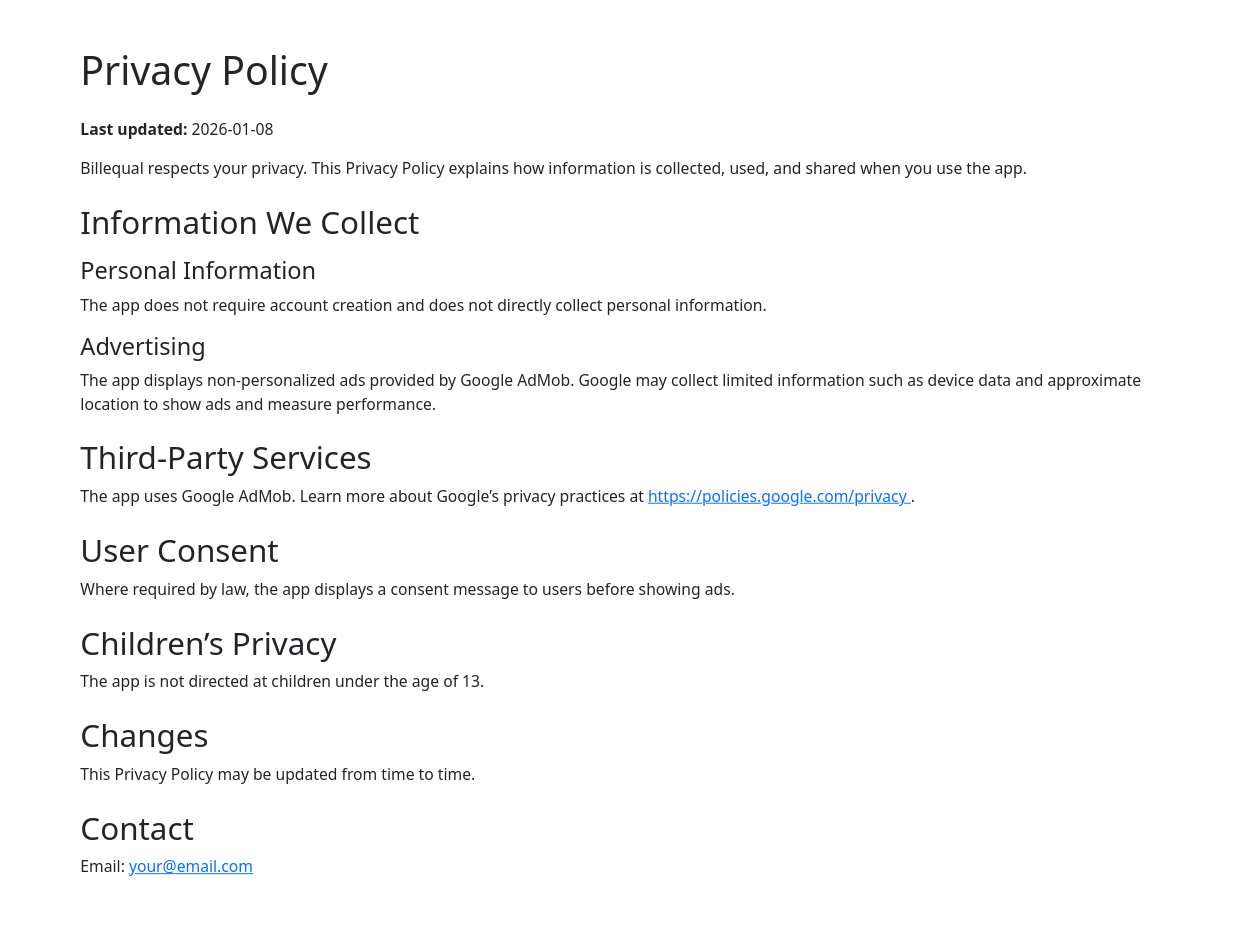
Repository: lyutok/iOS
Page: Billequal_landpage/policy.html
The author's editor kept a copy of each file at every save. The page is drawn from the files as they stood at one save, then again after the next save.
The browser window is 1280 px wide. The pictures show the whole page, at 98% of full size.

Above is the page before, as saved 2026-01-07 08:45:22.

After the next save:
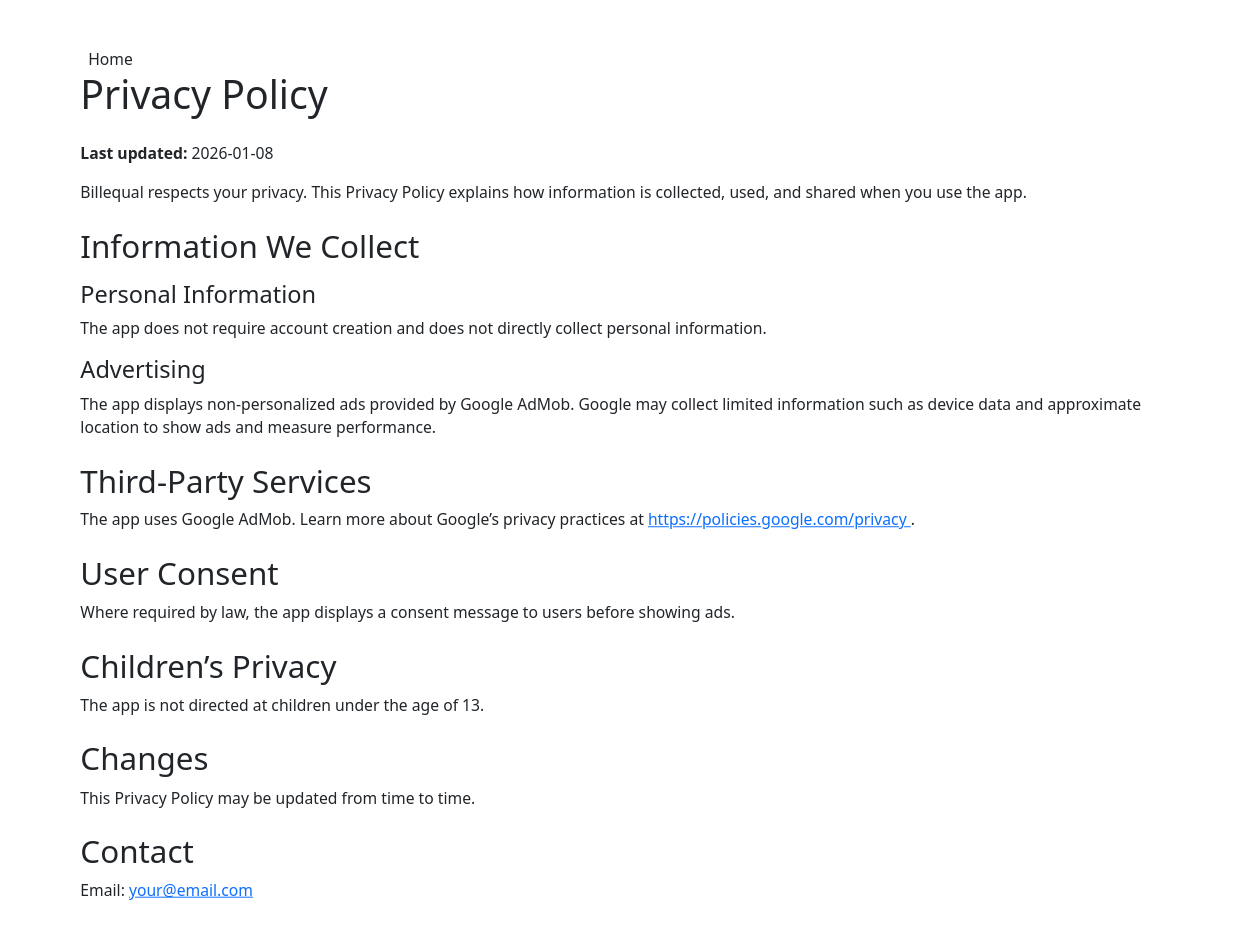
Saved 111 s later.
--- a/Billequal_landpage/policy.html
+++ b/Billequal_landpage/policy.html
@@ -13,8 +13,9 @@
 </head>
 
 <body>
+
 <main class="container my-5">
-
+    <a href="#main" class="navbar-brand px-2 text-body-secondary">Home</a>
   <h1 class="mb-4">Privacy Policy</h1>
   <p><strong>Last updated:</strong> 2026-01-08</p>
 

After the save that followed:
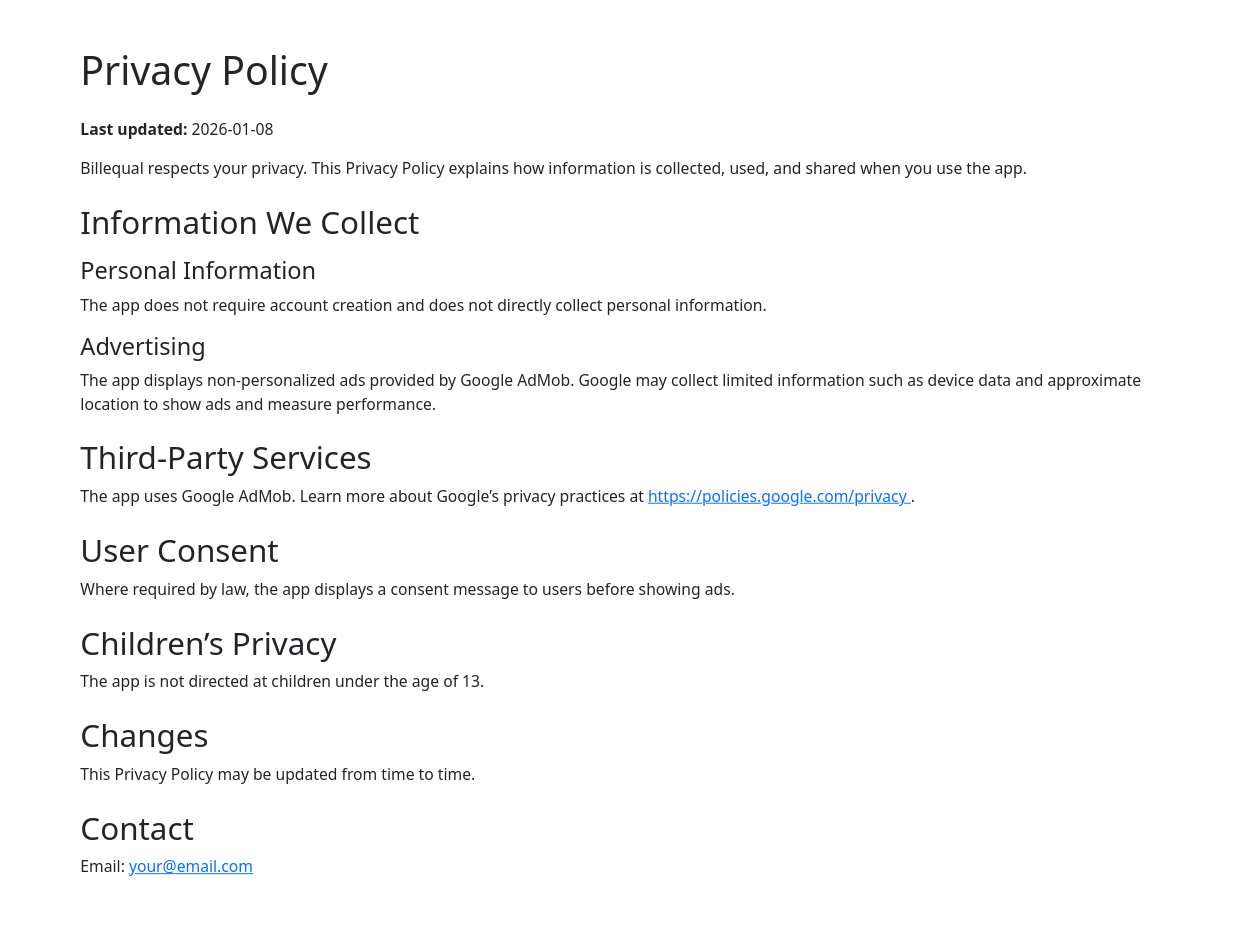
Saved 32 s later.
--- a/Billequal_landpage/policy.html
+++ b/Billequal_landpage/policy.html
@@ -15,7 +15,6 @@
 <body>
 
 <main class="container my-5">
-    <a href="#main" class="navbar-brand px-2 text-body-secondary">Home</a>
   <h1 class="mb-4">Privacy Policy</h1>
   <p><strong>Last updated:</strong> 2026-01-08</p>
 
